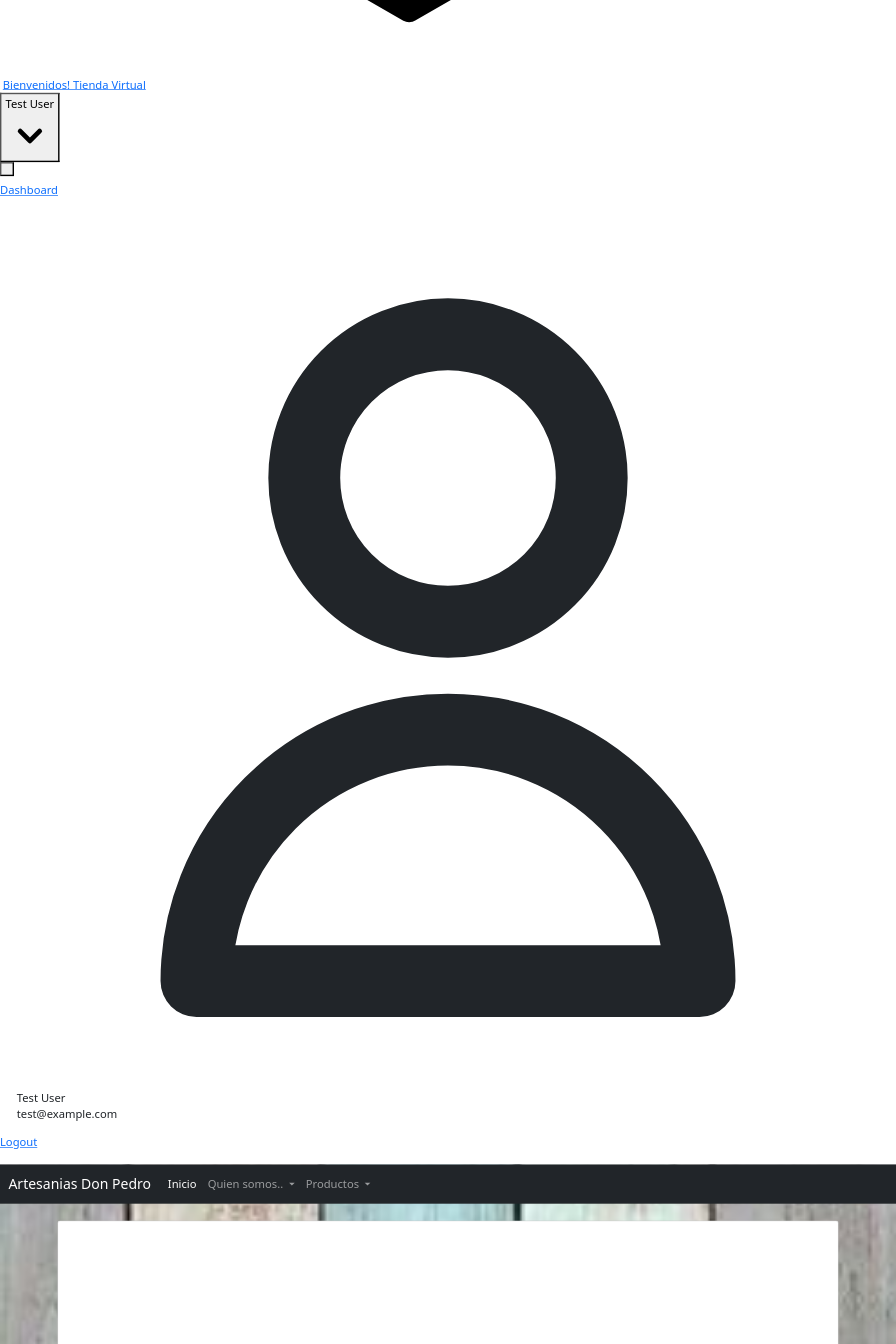
Repository: PG210/taller_artesania
Page: http://localhost/arte/mision
An editor plug-in stored every save of this project. The page is shown before and after the next save, followed by the edit.
The browser window is 1280 px wide. The pictures show the part of the page from y = 1171 to 3091 px (the page is 3719 px tall before and 3733 px after), at 70% of full size.
Pictures or frames that could not be fetched are drawn as grey boxes. The page is served by the project's Laravel application, run on PHP 8.4 with Laravel 8. A made-up administrator, Test User (test@example.com), is signed in.

Above is the page before, as saved 2021-01-14 15:50:53.

After the next save:
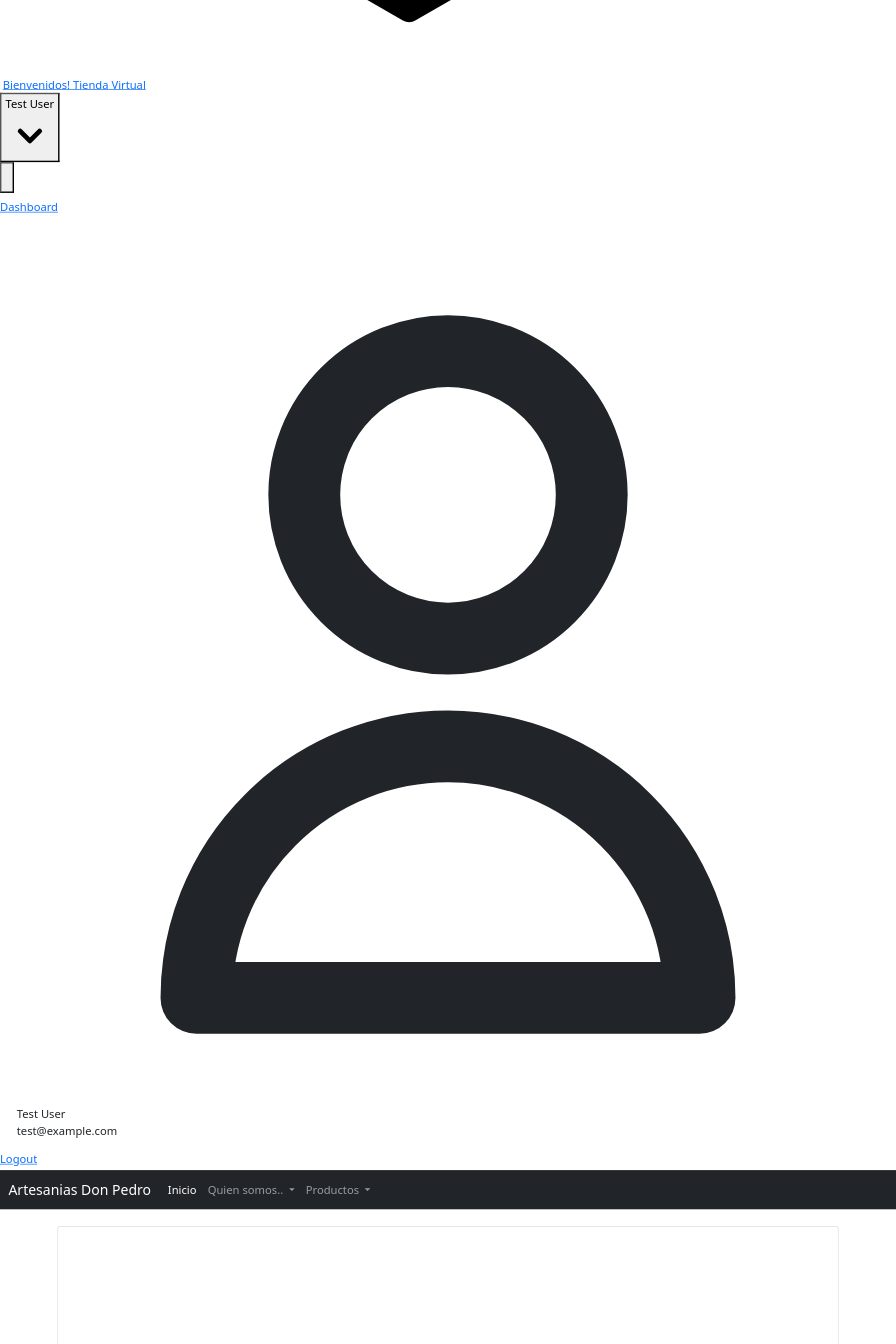
Saved 3 min 2 s later.
--- a/resources/views/arte/mision.blade.php
+++ b/resources/views/arte/mision.blade.php
@@ -1,15 +1,15 @@
-<body background="../img/3.jpg" style="background-repeat: no-repeat;   background-size: cover;">
-    @extends('layouts.app') @section('content')
+ @extends('layouts.app') @section('content')
 
-    <!-- Card -->
-    <div class="card">
+<!-- Card -->
+<div class="card">
 
-        <!-- Card image -->
-        <div class="container">
-            <br>
-            <div class="view overlay ">
-                <video loop="true " muted autoplay width="530 " height="300 ">
+    <!-- Card image -->
+    <div class="container">
+        <br>
+        <div class="view overlay ">
+            <video loop="true " muted autoplay width="530 " height="300 ">
                     <source src='{{url("/img/video.mp4")}}' type="video/mp4 " alt="Card image cap ">
+                        <img class="card-img-top" src="../img/8.jpg" alt="Card image cap">
                 <a>
                     <div class="mask " style=" background-color: rgba(230, 179, 179, 0.5) "></div>
                 </a>
@@ -45,4 +45,3 @@
     </div>
     <!-- Card -->
     @stop
-</body>
